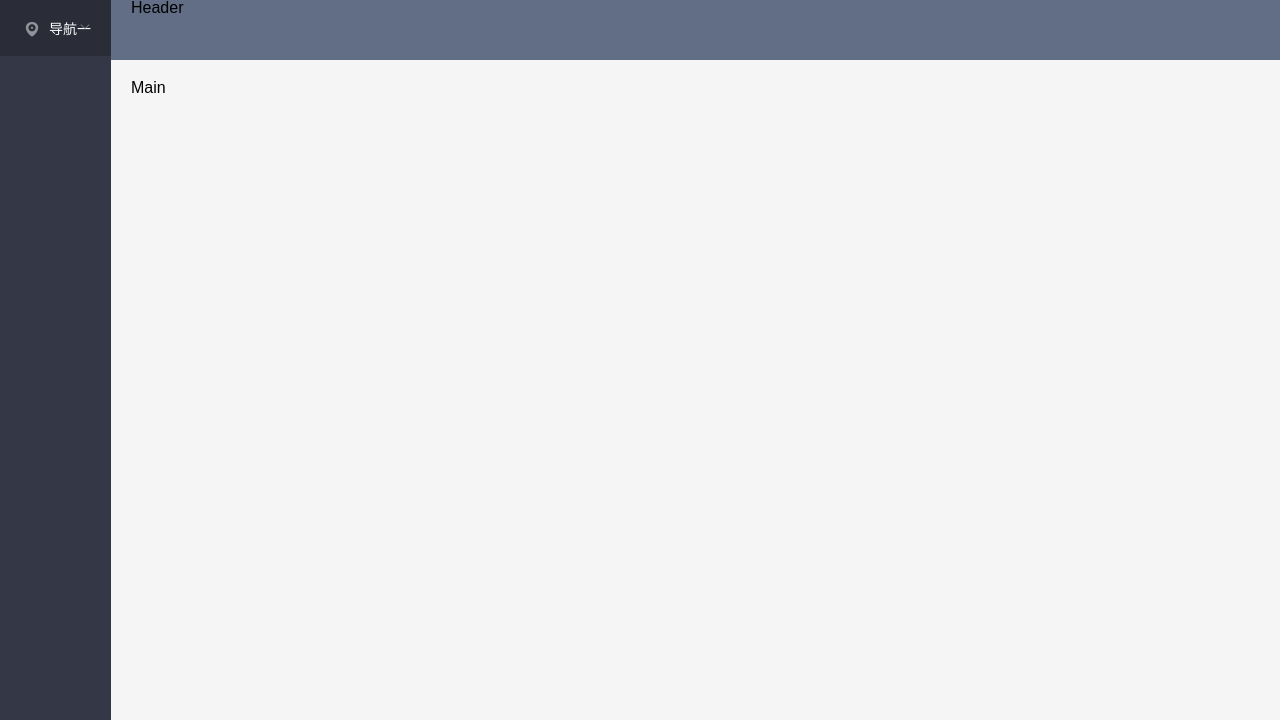
Repository: coWhy/vue-manage
Page: /
The author's editor kept a copy of each file at every save. The page is drawn from the files as they stood at one save, then again after the next save.
The browser window is 1280 px wide. The pictures show the whole page.
The project was rebuilt for these pictures with package versions that can differ from the ones it lists, and the page was loaded fresh each time. Also part of the build but not shown: vue.config.js.

Above is the page before, as saved 2020-04-13 15:39:05.

### src/main.js
import Vue from 'vue'
import App from './App.vue'
import router from './router'
import store from './store'
import '@/assets/scss/reset.scss'
import ElementUI from 'element-ui'
import 'element-ui/lib/theme-chalk/index.css'
import '@/assets/font-awesome-4.7.0/css/font-awesome.css'
Vue.config.productionTip = false

console.log(
  `当前所处开发环境:【${process.env.NODE_ENV}】| 路由为: 【${process.env.VUE_APP_URL}】`
)
Vue.use(ElementUI)
new Vue({
  router,
  store,
  render: h => h(App)
}).$mount('#app')

### src/App.vue
<template>
  <div id="app">
    <router-view />
  </div>
</template>

<style lang="scss">
#app {
  // color: $theme-color;
  height: 100vh;
}
</style>

### src/router/index.js
import Vue from 'vue'
import VueRouter from 'vue-router'
//
const originalPush = VueRouter.prototype.push
VueRouter.prototype.push = function push(location) {
  return originalPush.call(this, location).catch(err => err)
}
Vue.use(VueRouter)

const routes = [
  {
    path: '/',
    component: () => import('@/views/layout/index')
  }
]

const router = new VueRouter({
  routes
})

export default router

### src/store/index.js
import Vue from 'vue'
import Vuex from 'vuex'
import tag from './modules/tag'
Vue.use(Vuex)

export default new Vuex.Store({
  state: {},
  mutations: {},
  actions: {},
  modules: {
    tag
  }
})

### src/assets/scss/_variable.scss
// 全局配置样式 修改主题颜色
$theme-color: #33aef0;

### src/views/layout/index.vue
<template>
  <el-container class="container">
    <!-- 左侧菜单栏 -->
    <el-aside width="auto">
      <common-aside></common-aside>
    </el-aside>
    <el-container>
      <!-- 头部 -->
      <el-header class="header">
        <common-header></common-header>
      </el-header>
      <!-- Tab标签 -->
      <!-- <common-tab class="tab"></common-tab> -->
      <!-- 主体 -->
      <el-main>
        Main
        <!-- <router-view></router-view> -->
      </el-main>
    </el-container>
  </el-container>
</template>

<script>
import CommonAside from './components/aside/index'
import CommonHeader from './components/header/index'
export default {
  components: {
    CommonAside,
    CommonHeader
  }
}
</script>

<style lang="scss" scoped>
.container {
  height: 100%;
}
.header {
  background-color: #626e85; // 头部背景色
  width: 100%;
}
.main {
  padding-top: 0;
}
</style>

### src/store/modules/tag.js
export default {
  state: {},
  mutations: {},
  actions: {},
  modules: {}
}

### src/views/layout/components/aside/index.vue
<template>
  <el-menu
    default-active="2"
    class="el-menu-vertical-demo"
    :background-color="asideSetting.bgColor"
    :text-color="asideSetting.texteColor"
    :active-text-color="asideSetting.activeTextColor"
  >
    <!-- 这是没有子级菜单的
    handleClickMenu(item) 将选中的菜单元素存入store中的menu 用于tab使用
    由于 分两种情况 所以 下面两种 都需要加上handleClickMenu 事件
    -->
    <el-submenu index="1">
      <template slot="title">
        <i class="el-icon-location"></i>
        <span>导航一</span>
      </template>
      <el-menu-item-group>
        <template slot="title">分组一</template>
        <el-menu-item index="1-1">选项1</el-menu-item>
        <el-menu-item index="1-2">选项2</el-menu-item>
      </el-menu-item-group>
    </el-submenu>
  </el-menu>
</template>

<script>
export default {
  computed: {
    noChildrenList() {
      // asideMenuList 没有 子级菜单
      return this.asideMenuList.filter(item => !item.children)
    },
    hasChildrenList() {
      // asideMenuList 有 子级菜单
      return this.asideMenuList.filter(item => item.children)
    }
  },
  data() {
    return {
      asideSetting: {
        bgColor: '#343746', // 侧边栏背景颜色
        activeTextColor: '#02aeff', // 选中字体的颜色
        texteColor: '#fff' // 默认字体颜色
      },
      //侧边栏菜单列表
      asideMenuList: [
        {
          path: '/',
          name: 'home',
          label: '首页',
          icon: 'el-icon-s-home'
        },
        {
          path: '/video',
          name: 'video',
          label: '视频管理',
          icon: 'el-icon-video-play'
        },
        {
          path: '/user',
          name: 'user',
          label: '用户管理',
          icon: 'el-icon-user'
        },
        {
          label: '其他',
          icon: 'el-icon-s-promotion',
          children: [
            {
              path: '/page1',
              name: 'page1',
              label: '页面1',
              icon: 'el-icon-setting'
            },
            {
              path: '/page2',
              name: 'page2',
              label: '页面2',
              icon: 'el-icon-setting'
            }
          ]
        }
      ]
    }
  }
}
</script>

<style lang="scss" scoped>
.el-menu {
  // 菜单占满容器
  height: 100%;
  border: none;
}
</style>

### src/views/layout/components/header/index.vue
<template>
  <div>
    Header
  </div>
</template>

<script>
export default {}
</script>

<style lang="scss" scoped></style>

Loaded but not shown: public/index.html (common file); src/assets/scss/reset.scss (common file); src/assets/font-awesome-4.7.0/css/font-awesome.css (library)

After the next save:
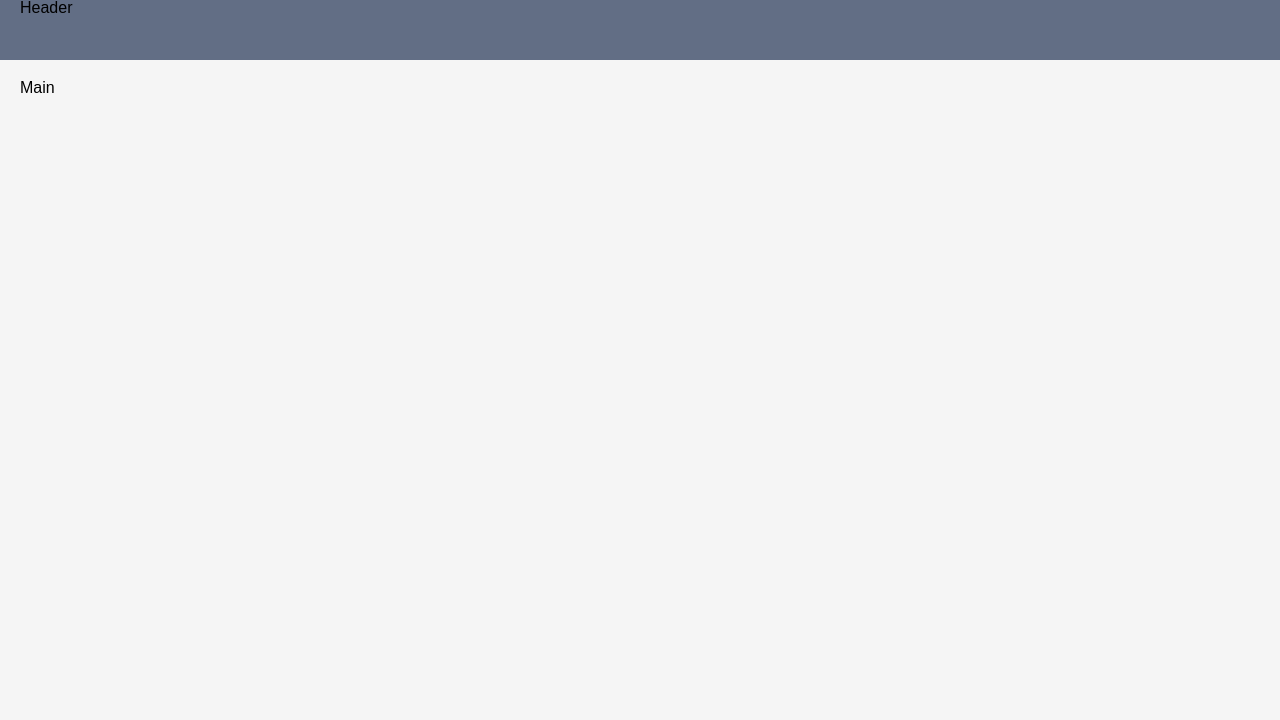
Saved 34 s later.
--- a/src/views/layout/components/aside/index.vue
+++ b/src/views/layout/components/aside/index.vue
@@ -10,17 +10,6 @@
     handleClickMenu(item) 将选中的菜单元素存入store中的menu 用于tab使用
     由于 分两种情况 所以 下面两种 都需要加上handleClickMenu 事件
     -->
-    <el-submenu index="1">
-      <template slot="title">
-        <i class="el-icon-location"></i>
-        <span>导航一</span>
-      </template>
-      <el-menu-item-group>
-        <template slot="title">分组一</template>
-        <el-menu-item index="1-1">选项1</el-menu-item>
-        <el-menu-item index="1-2">选项2</el-menu-item>
-      </el-menu-item-group>
-    </el-submenu>
   </el-menu>
 </template>
 
